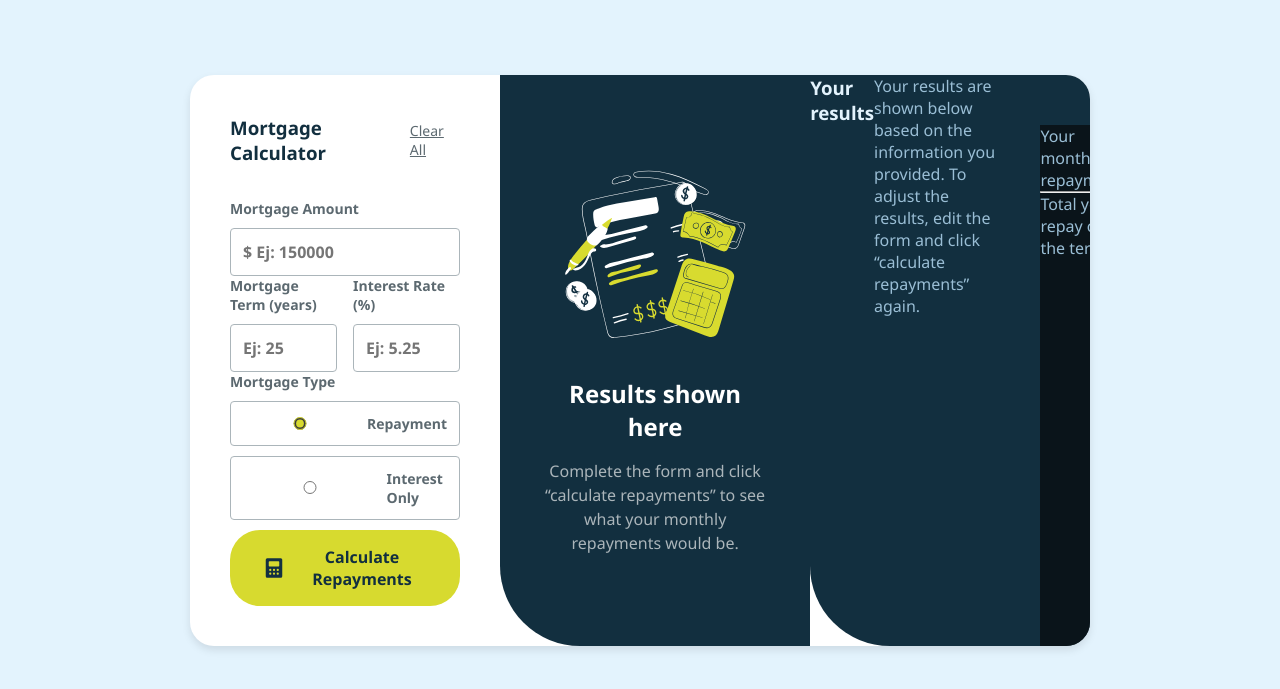
Repository: GravielPV/Mortgage-repayment-calculator
Page: index.html
An editor plug-in stored every save of this project. The page is shown before and after the next save, followed by the edit.
The browser window is 1280 px wide. The pictures show the whole page.

Above is the page before, as saved 2025-12-14 15:13:13.

After the next save:
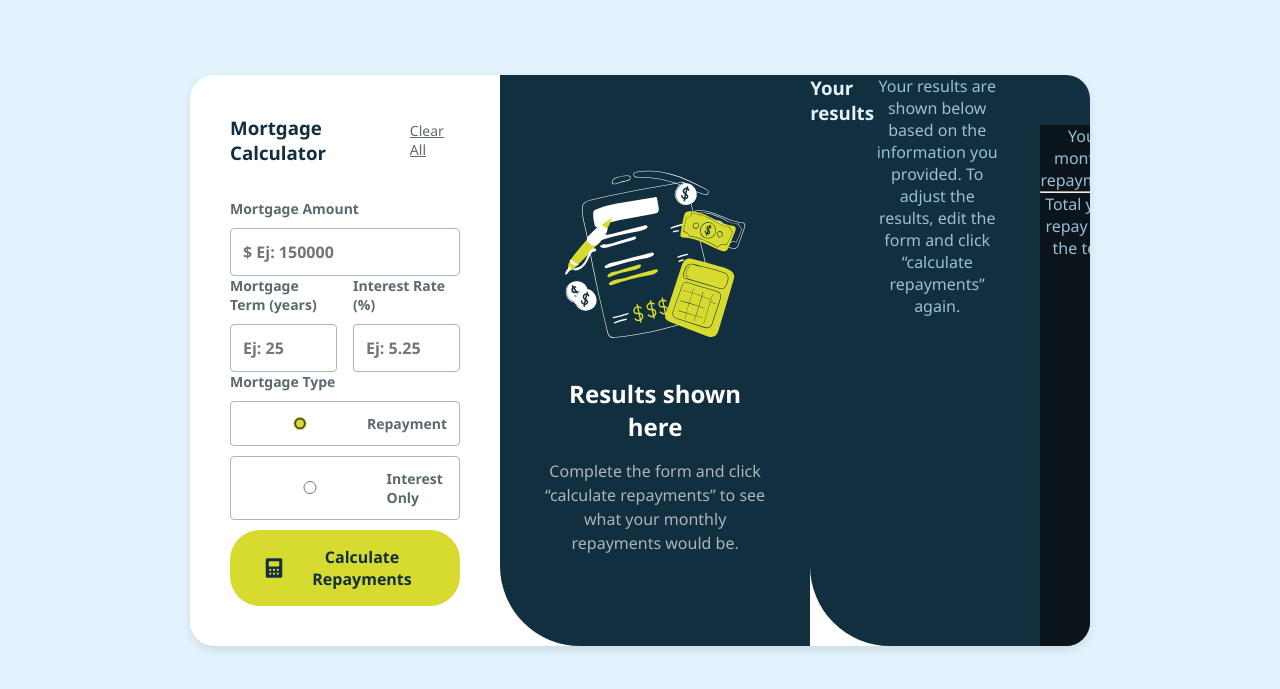
Saved 4 s later.
--- a/styles.css
+++ b/styles.css
@@ -208,7 +208,7 @@ button:hover {
 
 .resultado  p{
     color: hsl(203, 41%, 72%);
-    tex
+    text-align: center;
 }
 
 .resultado h3{

After the 2 saves that followed:
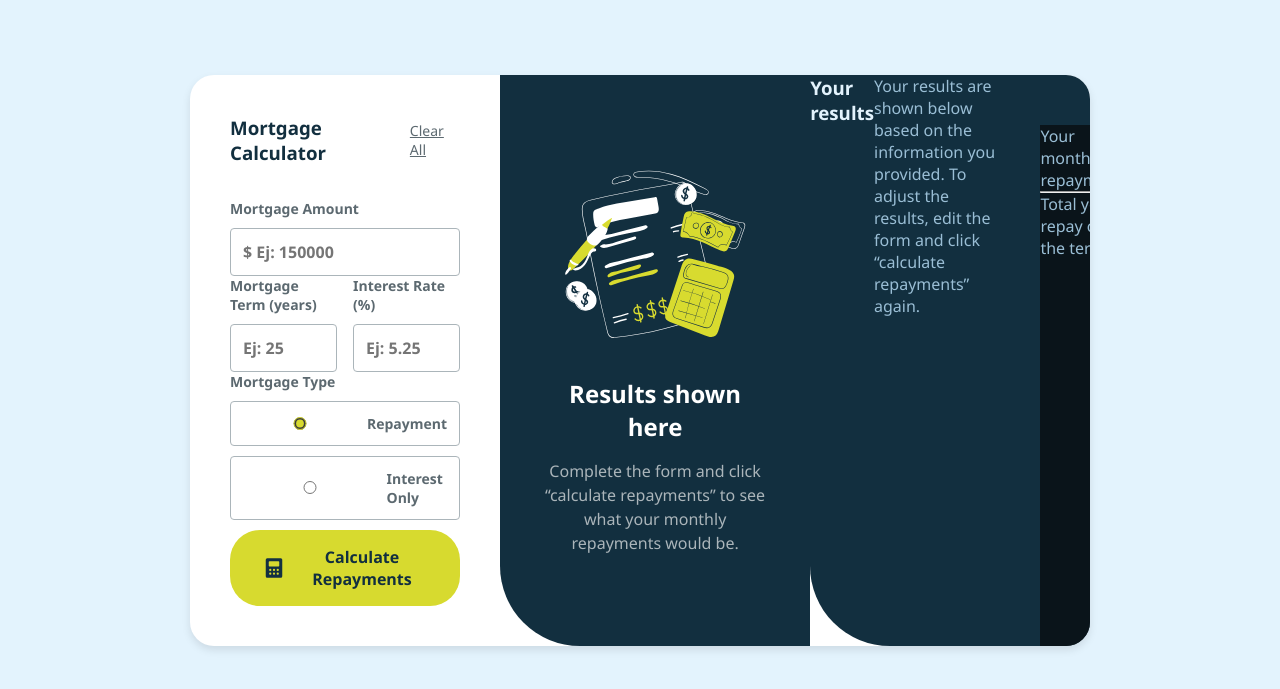
The 2 saves are shown as one change because they came seconds apart.
The last was saved 16 s later.
--- a/styles.css
+++ b/styles.css
@@ -208,7 +208,7 @@ button:hover {
 
 .resultado  p{
     color: hsl(203, 41%, 72%);
-    text-align: center;
+    texal
 }
 
 .resultado h3{
